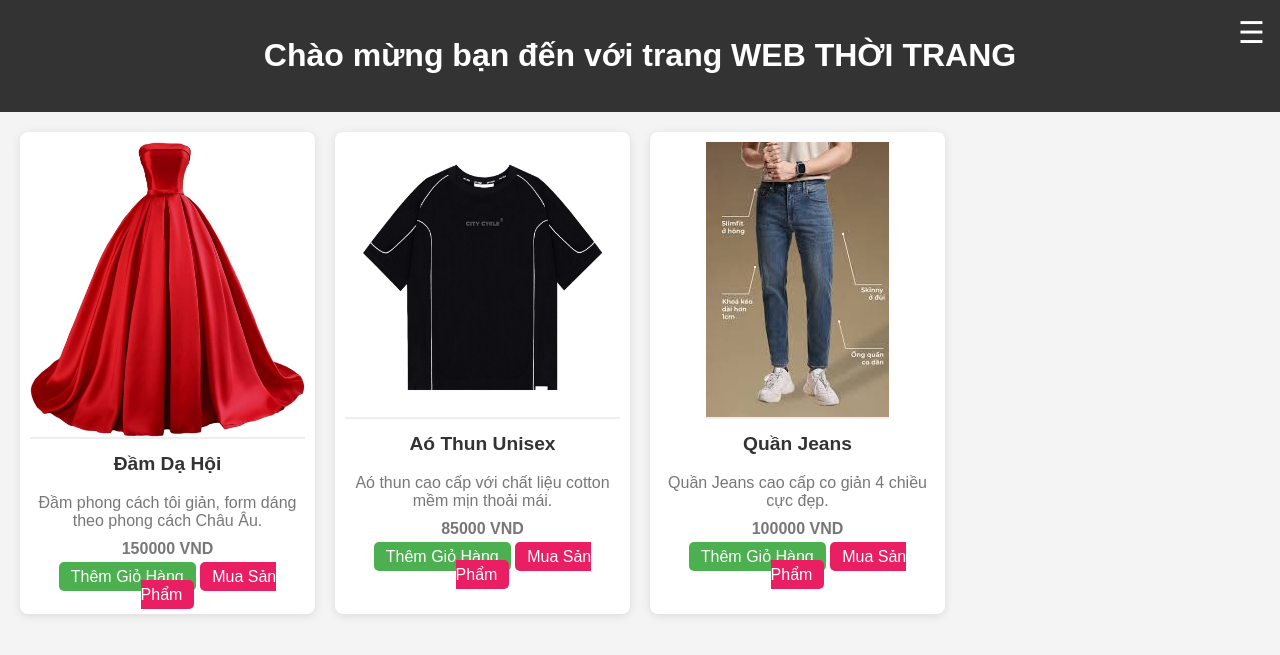
Repository: Thang871/web-thoi-trang
Page: http://localhost/
These files come from the project's save history. The page is drawn as it stood at one moment and after the next save; the edit follows.
The browser window is 1280 px wide. The pictures show the whole page.
The page is served by the project's application, run on Flask 3 (app.py).

Above is the page before, as saved 2024-12-02 07:40:31.

After the next save:
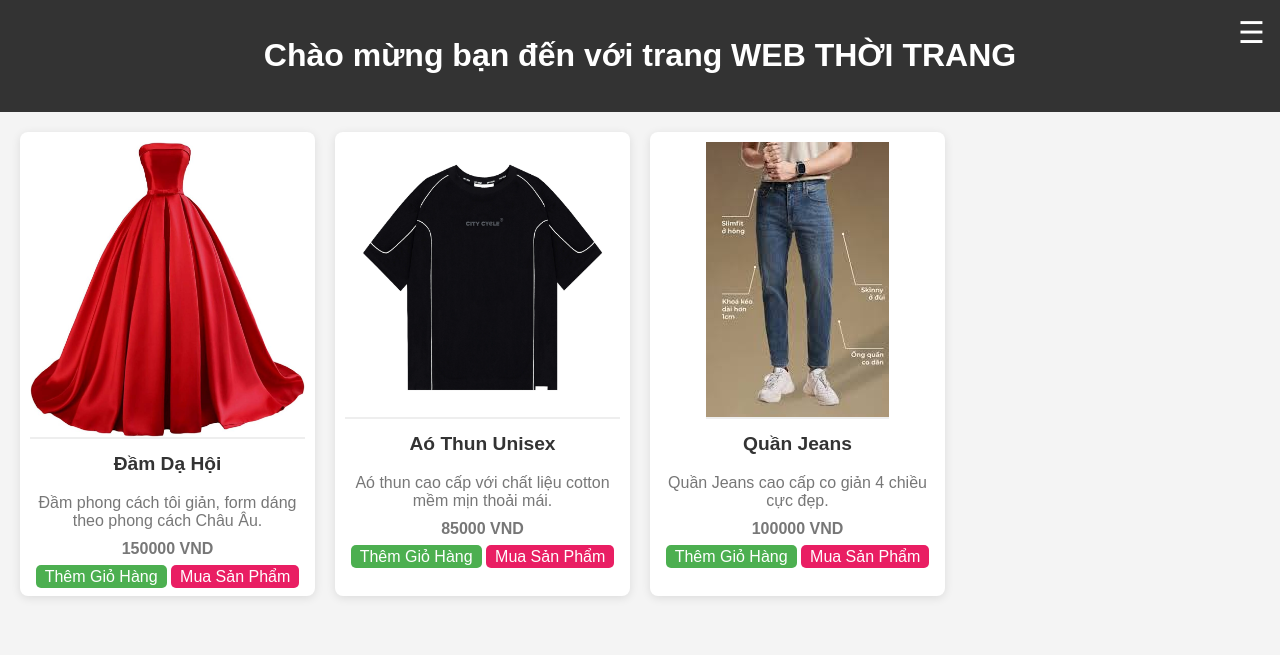
Saved 55 s later.
--- a/templates/products.html
+++ b/templates/products.html
@@ -119,7 +119,7 @@
         .btn-add-to-cart, .btn-buy-now {
             background-color: #4CAF50;
             color: white;
-            padding: 6px 12px;
+            padding: 3px 9px;
             border: none;
             border-radius: 5px;
             cursor: pointer;
